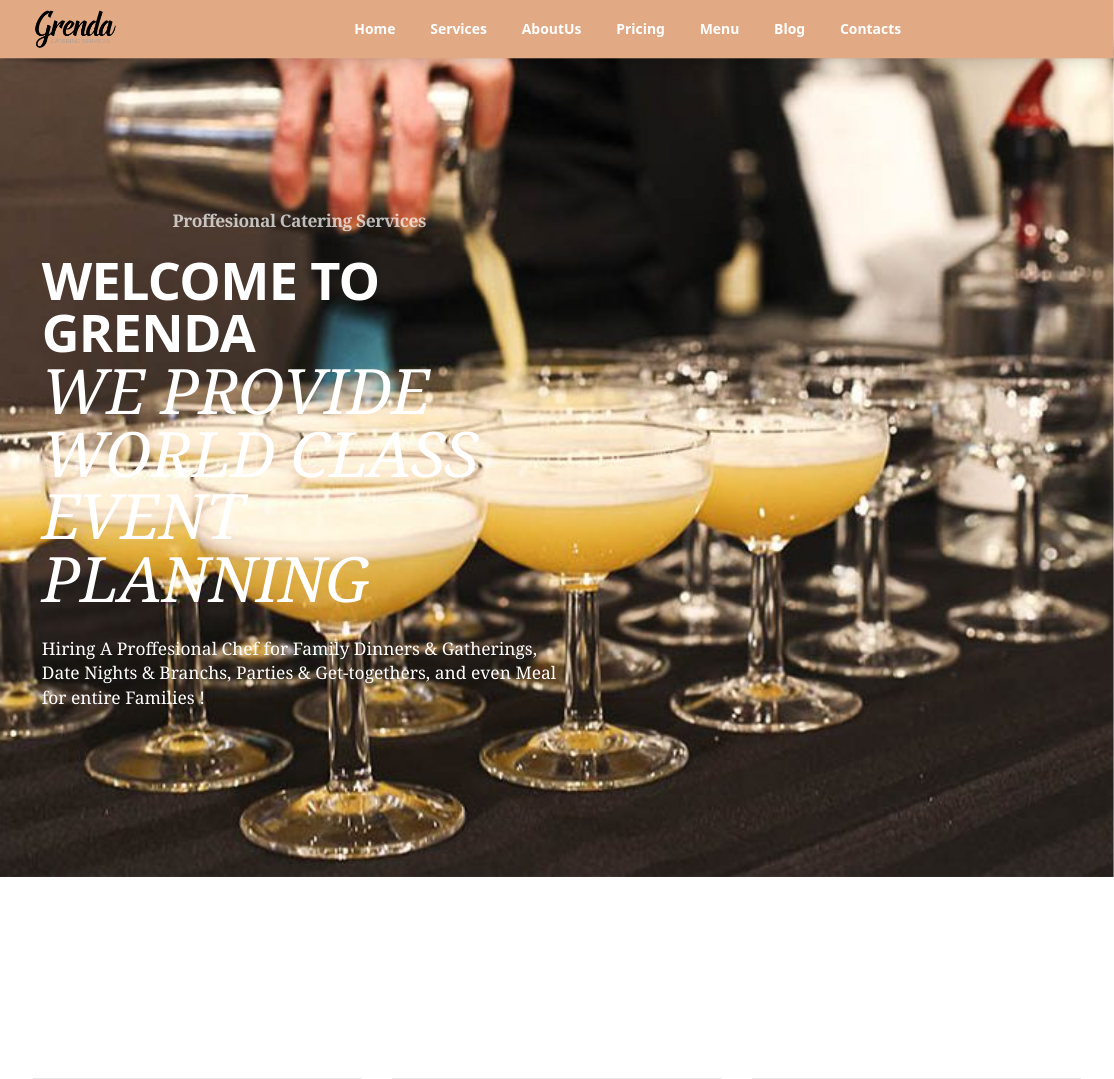
Repository: remydev47/grandes-events
Page: /
An editor plug-in stored every save of this project. The page is shown before and after the next save, followed by the edit.
The browser window is 1280 px wide. The pictures show the part of the page from y = 0 to 1240 px (the page is 1556 px tall), at 87% of full size.
Pictures or frames that could not be fetched are drawn as grey boxes. The project was rebuilt for these pictures with package versions that can differ from the ones it lists, and the page was loaded fresh each time. Also part of the build but not shown: vite.config.js.

Above is the page before, as saved 2023-02-08 15:18:10.

After the next save:
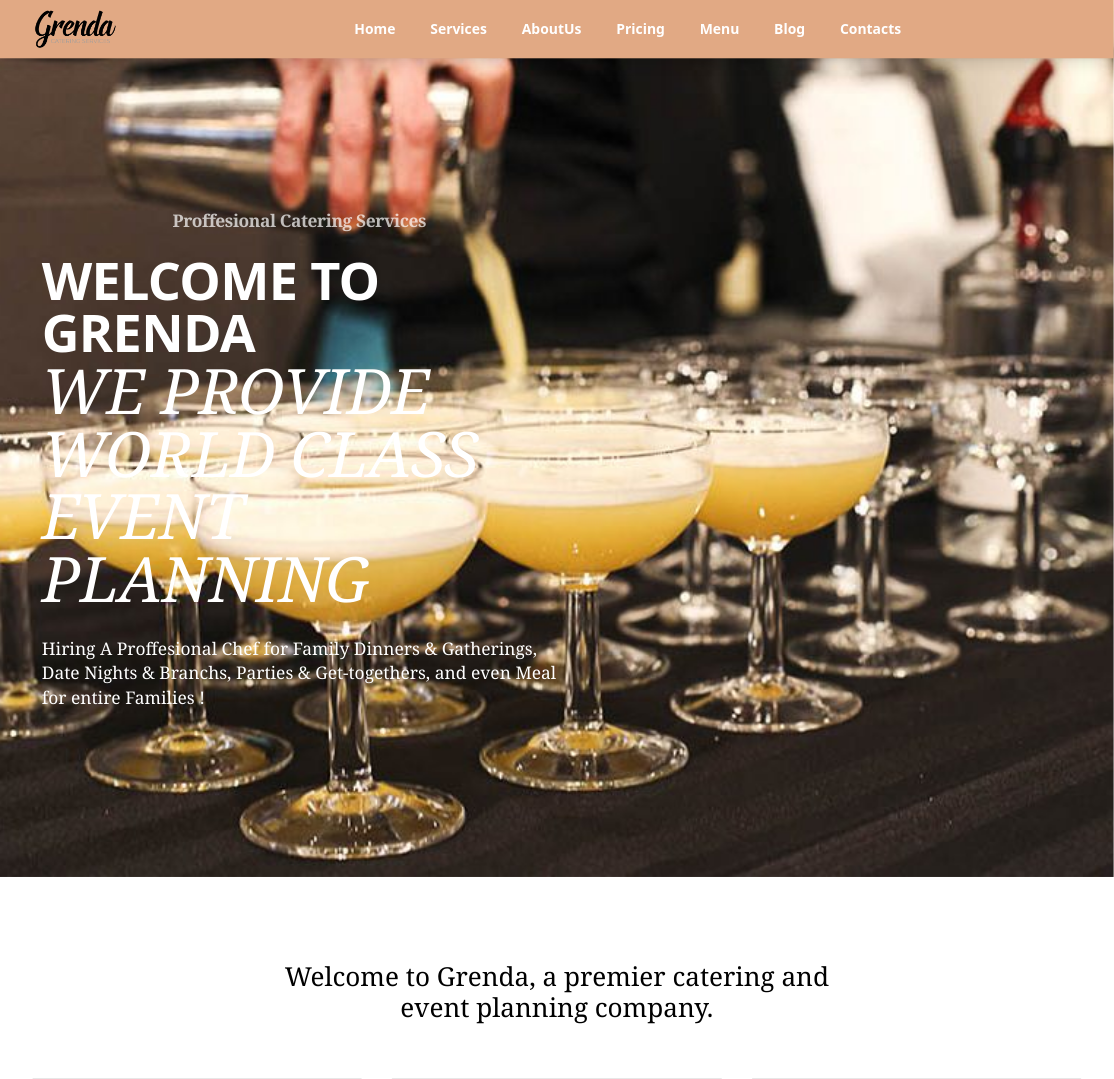
Saved 48 s later.
--- a/src/components/Services.jsx
+++ b/src/components/Services.jsx
@@ -29,7 +29,7 @@ const Services = () => {
     <section className={` sm:py-16 lg:py-24`}>
       <div className="px-4 mx-auto max-w-7xl sm:px-6 lg:px-8">
        <div className="max-w-2xl mx-auto text-center">
-         <h2 className="text-xl font-normal font-serif leading-tight text-white lg:text-3xl">
+         <h2 className="text-xl font-normal font-serif leading-tight text-black lg:text-3xl">
           Welcome to Grenda, a premier catering and event planning company.
          </h2>
        </div>
